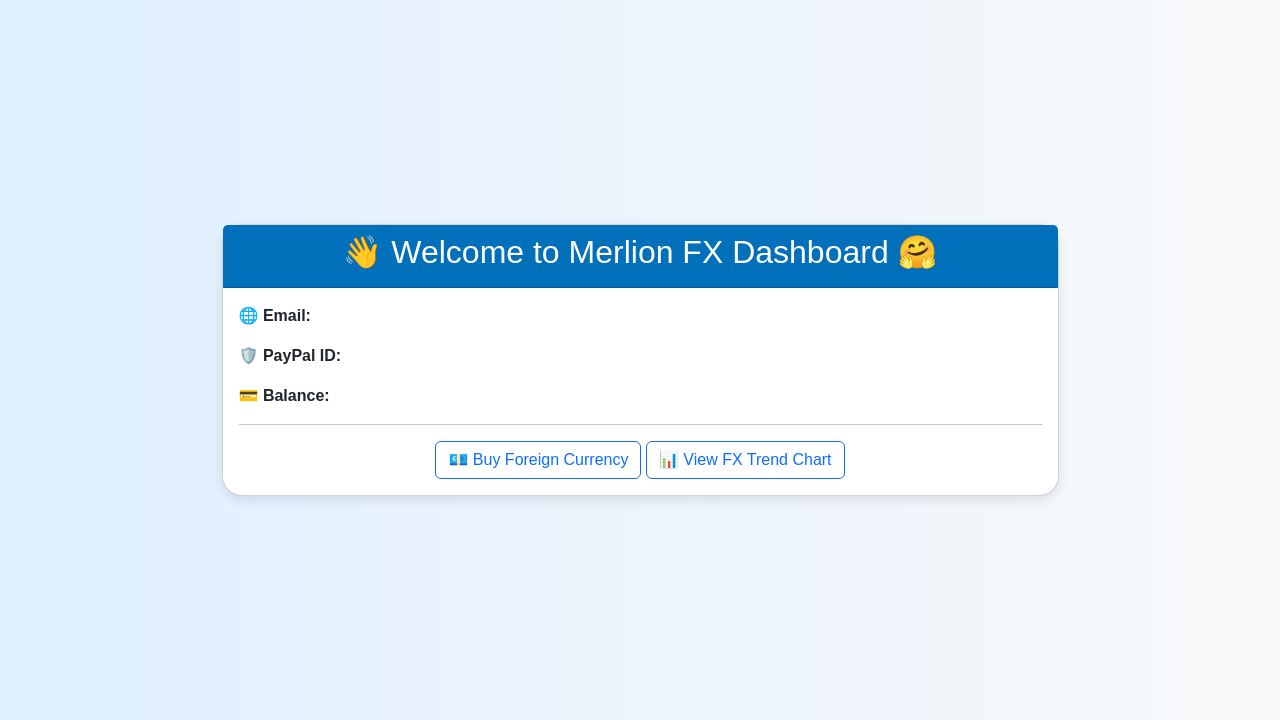
Repository: MayThetNaingBo/MerlionFX-app
Page: templates/services.html
An editor plug-in stored every save of this project. The page is shown before and after the next save, followed by the edit.
The browser window is 1280 px wide. The pictures show the whole page.
The page is served by the project's application, run on Flask 3 (app.py). The template is opened directly, without the code that normally fills it, so the values that code supplies are empty.

Above is the page before, as saved 2025-08-04 16:45:04.

### templates/services.html
<!DOCTYPE html>
<html lang="en">
<head>
  <meta charset="UTF-8">
  <title>Merlion FX Dashboard</title>
  <link href="https://cdn.jsdelivr.net/npm/bootstrap@5.3.2/dist/css/bootstrap.min.css" rel="stylesheet">
  <style>
    body {
      background: linear-gradient(to right, #dfefff, #f8f9fa);
      font-family: Arial, sans-serif;
    }
    .card {
      border-radius: 20px;
      box-shadow: 0px 4px 12px rgba(0,0,0,0.1);
    }
    .card-header {
      background-color: #0070ba;
      color: white;
      border-top-left-radius: 20px;
      border-top-right-radius: 20px;
    }
  </style>
</head>
<body>

  <div class="container d-flex justify-content-center align-items-center vh-100">
    <div class="card w-75">
      <div class="card-header text-center">
        <h2>👋 Welcome to Merlion FX Dashboard 🤗</h2>
      </div>
      <div class="card-body">
        <p><strong>🌐 Email:</strong> {{ fEmail }}</p>
        <p><strong>🛡️ PayPal ID:</strong> {{ fPayerID }}</p>
        <p><strong>💳 Balance:</strong> {{ fCCY }} {{ fBalance }}</p>
        <hr>
        <div class="text-center">
          <a href="/create_order" class="btn btn-outline-primary">💶 Buy Foreign Currency</a>
           <a href="/chart" class="btn btn-outline-primary">
  📊 View FX Trend Chart
</a>
        </div>
      </div>
    </div>
  </div>


</body>
</html>

### app.py
from flask import Flask, render_template, request, redirect, session, url_for
from requests_oauthlib import OAuth2Session
from requests.auth import HTTPBasicAuth
import json
import os
import requests
from datetime import datetime, timedelta
from random import randint
from decimal import Decimal, ROUND_HALF_UP
from flask import jsonify, request

app = Flask(__name__)
app.secret_key = 'EG6vZLYReYRtUJ1tDWmNNhz2OFq5VXYnDquk9nekWjsEJxLBB8_O9CWjqwz69s_T5T5PnSs7_bPLMvGW'  # Replace with a strong secret key

client_id = "AfnOhVQ6me9M3_WHdka-qdWtHle8BKBnjNGAEgXQRKqxkCDsfgT6JLqJQMhvxFMp6zMCuCYVXDkx3JuS"
client_secret = "EG6vZLYReYRtUJ1tDWmNNhz2OFq5VXYnDquk9nekWjsEJxLBB8_O9CWjqwz69s_T5T5PnSs7_bPLMvGW"
authorization_base_url = 'https://www.sandbox.paypal.com/signin/authorize?flowEntry=static'
token_url = 'https://api-m.sandbox.paypal.com/v1/oauth2/token'
redirect_uri = 'http://127.0.0.1:5000/callback'


def get_polygon_fx_pairs():
    api_key = "Coh8pjpp44y_Bg9NDWTlWQKCPvUcDxQy"  # Replace with your actual API key
    base_url = f"https://api.polygon.io/v3/reference/tickers?market=fx&active=true&limit=1000&apiKey={api_key}"
    fx_pairs = []

    try:
        url = base_url
        while url:
            response = requests.get(url)
            data = response.json()
            results = data.get("results", [])
            for ticker in results:
                if ticker["ticker"].startswith("C:"):
                    fx_pairs.append(ticker["ticker"].replace("C:", ""))
            url = data.get("next_url", None)
            if url:
                url += f"&apiKey={api_key}"  # Append the key to the next_url

        return sorted(fx_pairs)
    except Exception as e:
        print("Error fetching full FX pairs list:", e)
        return []


def get_fx_rate(from_ccy, to_ccy):
    api_key = "Coh8pjpp44y_Bg9NDWTlWQKCPvUcDxQy"  # Replace with your actual Polygon API key
    ticker = f"C:{from_ccy}{to_ccy}"
    url = f"https://api.polygon.io/v2/aggs/ticker/{ticker}/prev?adjusted=true&apiKey={api_key}"
    try:
        response = requests.get(url)
        data = response.json()
        return data["results"][0]["c"]
    except Exception as e:
        print("Error fetching FX rate:", e)
        return None

@app.route("/get_fx_rate")
def get_fx_rate_api():
    from_to = request.args.get("pair", "")
    if len(from_to) != 6:
        return {"error": "Invalid pair"}, 400

    from_ccy = from_to[:3]
    to_ccy = from_to[3:]

    try:
        # Use your actual Polygon key
        api_key = "Coh8pjpp44y_Bg9NDWTlWQKCPvUcDxQy"
        url = f"https://api.polygon.io/v2/aggs/ticker/C:{from_ccy}{to_ccy}/prev?adjusted=true&apiKey={api_key}"
        response = requests.get(url)
        data = response.json()
        rate = data["results"][0]["c"]
        return {"rate": rate}
    except Exception as e:
        return {"error": str(e)}, 500


@app.route('/')
def home():
    return render_template("index.html")


@app.route('/login')
def login():
    try:
        paypal = OAuth2Session(
            client_id,
            redirect_uri=redirect_uri,
            scope='openid profile email address https://uri.paypal.com/services/paypalattributes'
        )
        authorization_url, state = paypal.authorization_url(authorization_base_url)
        session['oauth_state'] = state
        return redirect(authorization_url)
    except Exception as e:
        print("Login error:", e)
        return redirect(url_for('home'))


@app.route("/callback")
def callback():
    try:
        paypal = OAuth2Session(client_id, state=session['oauth_state'])
        code = request.args.get('code')

        auth = HTTPBasicAuth(client_id, client_secret)
        body = f'grant_type=authorization_code&code={code}&redirect_uri={redirect_uri}&client_id={client_id}'

        token = paypal.fetch_token(token_url, auth=auth, code=code, body=body, method='POST')
        session['oauth_token'] = token
        return redirect(url_for('services'))
    except Exception as e:
        print("Callback error:", e)
        return redirect(url_for('home'))


@app.route("/services")
def services():
    try:
        token = session['oauth_token']
        headers = {
            'Content-Type': "application/x-www-form-urlencoded",
            'Authorization': "Bearer " + token["access_token"]
        }

        user_info_url = "https://api-m.sandbox.paypal.com/v1/identity/openidconnect/userinfo?schema=openid"
        user_response = requests.get(user_info_url, headers=headers)
        user_data = user_response.json()
        session['paypal_customer'] = user_data

        balance_url = "https://api-m.sandbox.paypal.com/v1/reporting/balances"
        balance_response = requests.get(balance_url, headers=headers)
        balance_data = balance_response.json()
        session['paypal_customer_balance'] = balance_data

        currency = balance_data["balances"][0]["total_balance"]["currency_code"]
        value = balance_data["balances"][0]["total_balance"]["value"]

        return render_template('services.html',
                               fName=user_data["name"],
                               fEmail=user_data["email"],
                               fPayerID=user_data["payer_id"],
                               fCCY=currency,
                               fBalance=value)
    except Exception as e:
        print("Services error:", e)
        return redirect(url_for('home'))


@app.route("/create_order", methods=["GET"])
def create_order():
    try:
        customer = session['paypal_customer']
        balance = session['paypal_customer_balance']

        invoiceID = datetime.now().strftime("%Y%m%d%H%M%S") + str(randint(100, 999))
        currency = balance["balances"][0]["total_balance"]["currency_code"]
        value = balance["balances"][0]["total_balance"]["value"]

        all_pairs = get_polygon_fx_pairs()
        default_pair = "EURSGD" if "EURSGD" in all_pairs else all_pairs[0]
        from_ccy = default_pair[:3]
        to_ccy = default_pair[3:]
        fx_rate = get_fx_rate(from_ccy, to_ccy)

        return render_template("create_order.html",
                               fName=customer["name"],
                               fEmail=customer["email"],
                               fCCY=currency,
                               fBalance=value,
                               fPayerID=customer["payer_id"],
                               finvoiceID=invoiceID,
                               defaultPair=default_pair,
                               defaultRate=fx_rate,
                               fxPairs=all_pairs)
    except Exception as e:
        print("create_order error:", e)
        return redirect(url_for('home'))


@app.route("/process_order", methods=["POST"])
def process_order():
    try:
        token = session['oauth_token']
        custEmail = request.form['customerEmailAdd']
        invoiceID = request.form['invoiceID']

        itemName = request.form['itemName']
        itemDescription = request.form['itemDescription']
        rawUnitAmount = Decimal(request.form['itemUnitAmount'])
        paypalUnitAmount = rawUnitAmount.quantize(Decimal('0.01'), rounding=ROUND_HALF_UP)
        itemQuantity = int(request.form['itemQuantity'])
        totalAmount = (paypalUnitAmount * Decimal(itemQuantity)).quantize(Decimal('0.01'), rounding=ROUND_HALF_UP)

        session["fx_unit_price"] = str(rawUnitAmount)
        session["fx_quantity"] = itemQuantity
        session["fx_total"] = str(totalAmount)

        url = "https://api-m.sandbox.paypal.com/v2/checkout/orders"

        payload = json.dumps({
            "intent": "CAPTURE",
            "payment_source": {
                "paypal": {
                    "experience_context": {
                        "payment_method_preference": "IMMEDIATE_PAYMENT_REQUIRED",
                        "landing_page": "LOGIN",
                        "shipping_preference": "NO_SHIPPING",
                        "user_action": "PAY_NOW",
                        "return_url": "http://127.0.0.1:5000/capture_payment",
                        "cancel_url": "https://example.com/cancel"
                    }
                }
            },
            "purchase_units": [
                {
                    "invoice_id": invoiceID,
                    "amount": {
                        "currency_code": "SGD",
                        "value": str(totalAmount),
                        "breakdown": {
                            "item_total": {
                                "currency_code": "SGD",
                                "value": str(totalAmount)
                            }
                        }
                    },
                    "items": [
                        {
                            "name": itemName,
                            "description": itemDescription,
                            "unit_amount": {
                                "currency_code": "SGD",
                                "value": str(paypalUnitAmount)
                            },
                            "quantity": str(itemQuantity),
                            "category": "DIGITAL_GOODS"
                        }
                    ]
                }
            ]
        })

        headers = {
            'Authorization': "Bearer " + token["access_token"],
            'Content-Type': 'application/json'
        }

        response = requests.post(url, headers=headers, data=payload)
        order_data = response.json()

        approval_url = next((link["href"] for link in order_data["links"] if link["rel"] in ["approve", "payer-action"]), None)

        if approval_url:
            return redirect(approval_url)
        else:
            return f"<h3>❌ Failed to create PayPal order</h3><pre>{json.dumps(order_data, indent=2)}</pre>"

    except Exception as e:
        return f"<h3>⚠️ Error during order processing</h3><pre>{e}</pre>"


@app.route("/capture_payment", methods=["GET"])
def capture_payment():
    try:
        token = session['oauth_token']
        order_id = request.args.get('token')
        payer_id = request.args.get('PayerID')

        url = f"https://api-m.sandbox.paypal.com/v2/checkout/orders/{order_id}/capture"

        headers = {
            'Content-Type': 'application/json',
            'Authorization': "Bearer " + token["access_token"]
        }

        response = requests.post(url, headers=headers)
        order_data = response.json()

        if "id" not in order_data:
            return f"<h2>❌ Capture failed</h2><pre>{json.dumps(order_data, indent=2)}</pre>"

        payer_info = order_data.get("payer", {})
        name_info = payer_info.get("name", {})
        email = payer_info.get("email_address", "N/A")

        return render_template("order_result.html",
                               fOrderID=order_data["id"],
                               fStatus=order_data["status"],
                               fName=name_info.get("given_name", ""),
                               fSurname=name_info.get("surname", ""),
                               fEmail=email,
                               fAmount=session.get("fx_total"),
                               fUnitPrice=session.get("fx_unit_price"),
                               fQuantity=session.get("fx_quantity"),
                               fPayPalID=payer_id)
    except Exception as e:
        return f"<h3>⚠️ Error capturing payment</h3><pre>{e}</pre>"

@app.route("/chart")
def chart():
    pairs = get_polygon_fx_pairs()
    return render_template("chart.html", fxPairs=pairs)

@app.route("/api/chart_data")
def chart_data():
    pair = request.args.get("pair", "EURSGD")
    days = int(request.args.get("range", 30))
    api_key = "Coh8pjpp44y_Bg9NDWTlWQKCPvUcDxQy"

    # Generate correct start and end dates
    end_date = datetime.today().strftime("%Y-%m-%d")
    start_date = (datetime.today() - timedelta(days=days)).strftime("%Y-%m-%d")

    # Correct URL format using start_date and end_date
    url = f"https://api.polygon.io/v2/aggs/ticker/C:{pair}/range/1/day/{start_date}/{end_date}?adjusted=true&sort=asc&limit={days}&apiKey={api_key}"

    try:
        response = requests.get(url)
        data = response.json()
        results = data.get("results", [])

        dates = [datetime.fromtimestamp(d["t"] / 1000).strftime('%Y-%m-%d') for d in results]
        prices = [d["c"] for d in results]

        return {"dates": dates, "prices": prices}
    except Exception as e:
        print("Chart data error:", e)
        return {"dates": [], "prices": []}

@app.route("/cbm")
def cbm_page():
    currencies = get_cbm_supported_currencies()
    return render_template("cbm.html", currencies=currencies)

@app.route("/get_cbm_rate")
def get_cbm_rate():
    target = request.args.get("currency", "USD")
    try:
        url = "https://forex.cbm.gov.mm/api/latest"
        response = requests.get(url)
        data = response.json()
        rate = data["rates"].get(target)
        return {"currency": target, "rate": rate}
    except Exception as e:
        return {"error": str(e)}, 500

if __name__ == '__main__':
   app.run(debug=True)

After the next save:
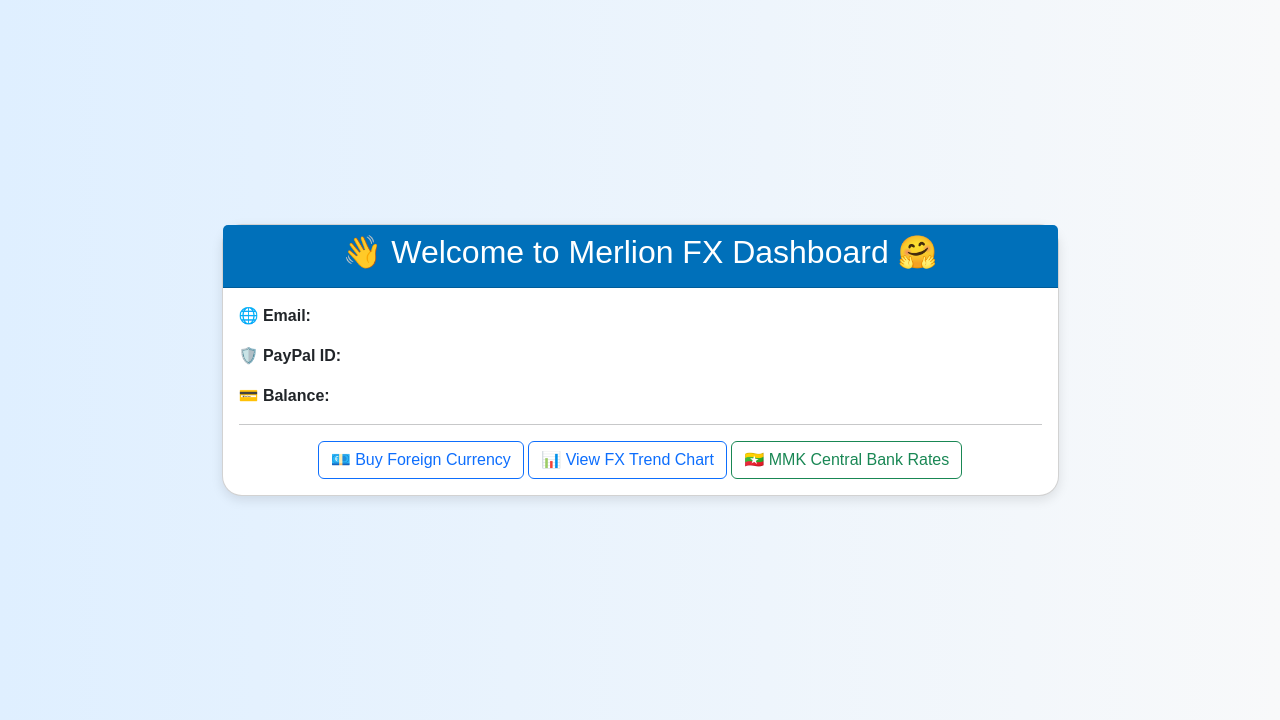
Saved 3 min 5 s later.
--- a/templates/services.html
+++ b/templates/services.html
@@ -35,14 +35,12 @@
         <hr>
         <div class="text-center">
           <a href="/create_order" class="btn btn-outline-primary">💶 Buy Foreign Currency</a>
-           <a href="/chart" class="btn btn-outline-primary">
-  📊 View FX Trend Chart
-</a>
+          <a href="/chart" class="btn btn-outline-primary">📊 View FX Trend Chart</a>
+          <a href="/cbm" class="btn btn-outline-success">🇲🇲 MMK Central Bank Rates</a> <!-- ✅ NEW BUTTON -->
         </div>
       </div>
     </div>
   </div>
 
-
 </body>
 </html>
